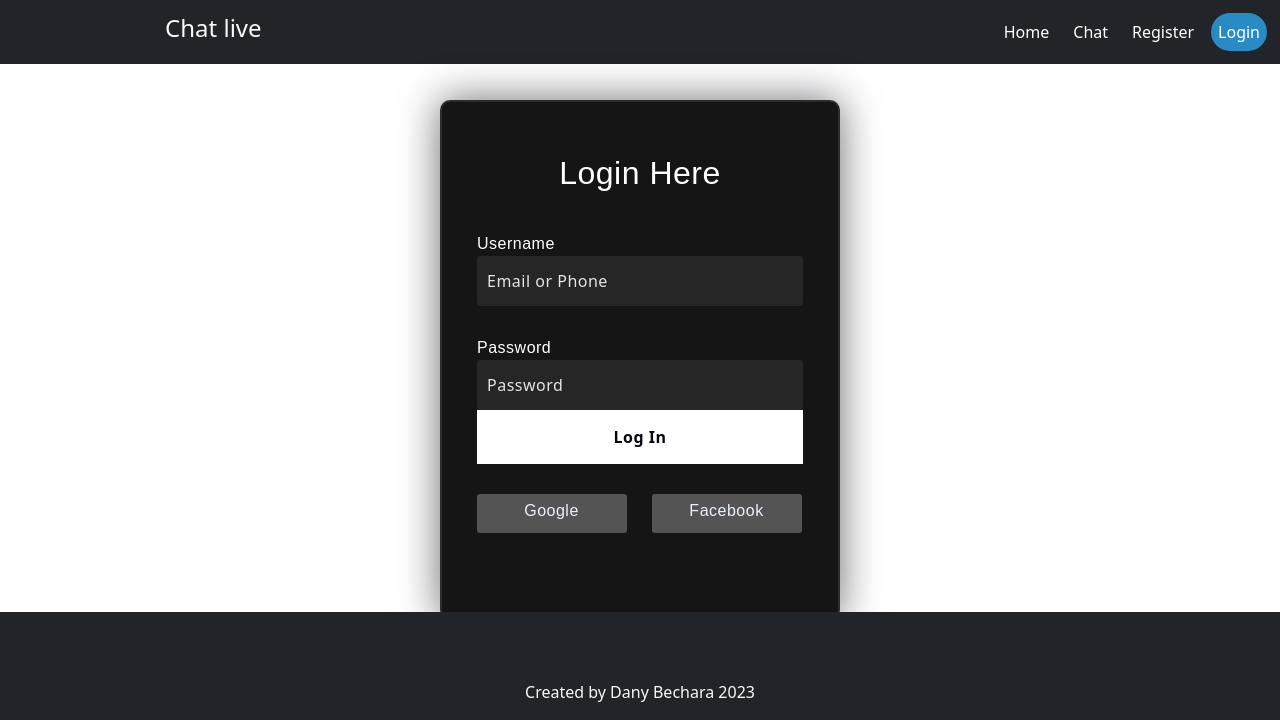
Repository: bechara611/chatv2
Page: /login
An editor plug-in stored every save of this project. The page is shown before and after the next save, followed by the edit.
The browser window is 1280 px wide. The pictures show the whole page.
The project was rebuilt for these pictures with package versions that can differ from the ones it lists, and the page was loaded fresh each time. Also part of the build but not shown: src/index.css, src/auth/components/register.jsx, src/ui/components/Home.jsx.

Above is the page before, as saved 2023-03-03 10:10:07.

After the next save:
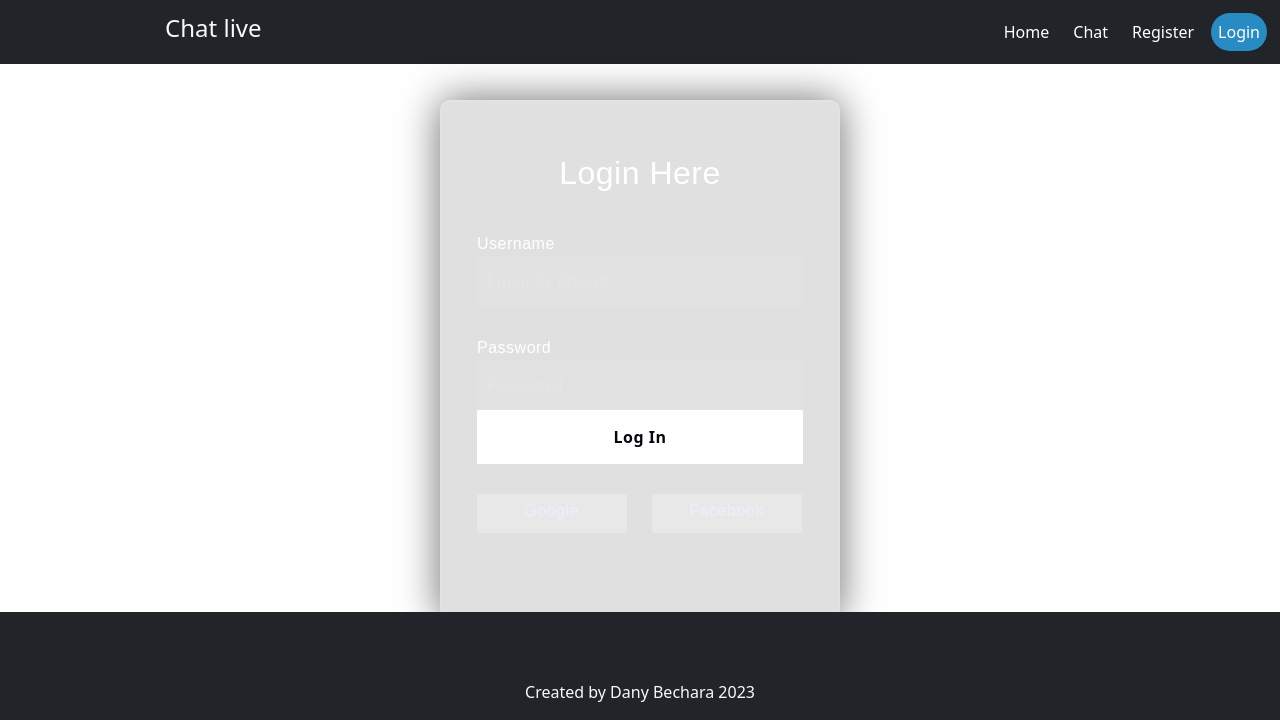
Saved 24 s later.
--- a/src/auth/components/login.css
+++ b/src/auth/components/login.css
@@ -11,7 +11,7 @@ form{
 
     height: 520px;
     width: 400px;
-    background-color: rgb(22, 21, 21);
+    background-color: rgb(22, 21, 21,.13);
     position: absolute;
     transform: translate(-50%,-50%);
     top: 50%;
